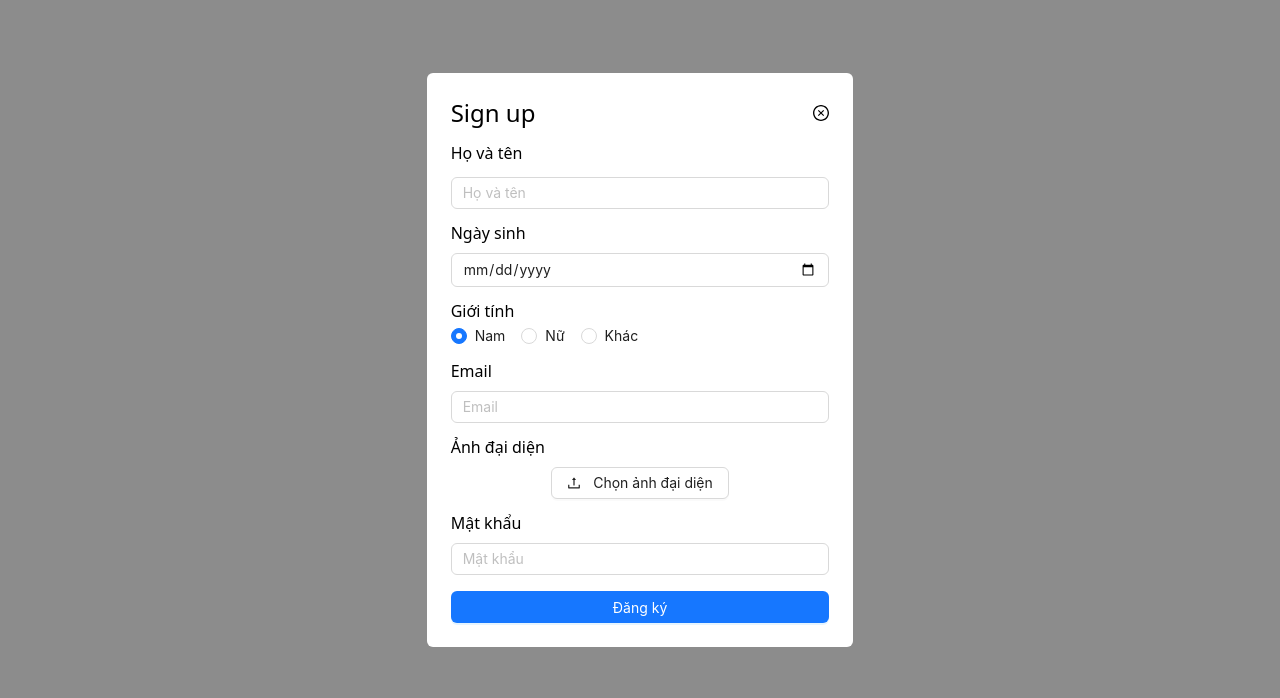
Repository: TinhTT336/MD02_Session14
Page: / (app in client/)
These files come from the project's save history. The page is drawn as it stood at one moment and after the next save; the edit follows.
The browser window is 1280 px wide. The pictures show the whole page.
The project was rebuilt for these pictures with package versions that can differ from the ones it lists, and the page was loaded fresh each time. Also part of the build but not shown: client/vite.config.js, client/src/firebase/configFirebase.js, client/src/components/UploadSingleFile.jsx, client/src/components/register/register.css, client/src/components/register/Register.jsx, client/src/components/register/RegisterWithImg.jsx.

Above is the page before, as saved 2023-09-14 14:33:18.

### client/index.html
<!DOCTYPE html>
<html lang="en">
  <head>
    <meta charset="UTF-8" />
    <link rel="icon" type="image/svg+xml" href="/vite.svg" />
    <meta name="viewport" content="width=device-width, initial-scale=1.0" />
    <title>Vite + React</title>
    <!-- <link
      href="https://cdn.jsdelivr.net/npm/bootstrap@5.0.2/dist/css/bootstrap.min.css"
      rel="stylesheet"
      integrity="sha384-EVSTQN3/azprG1Anm3QDgpJLIm9Nao0Yz1ztcQTwFspd3yD65VohhpuuCOmLASjC"
      crossorigin="anonymous"
    />
    <link
      rel="stylesheet"
      href="https://cdnjs.cloudflare.com/ajax/libs/font-awesome/6.4.2/css/all.min.css"
      integrity="sha512-z3gLpd7yknf1YoNbCzqRKc4qyor8gaKU1qmn+CShxbuBusANI9QpRohGBreCFkKxLhei6S9CQXFEbbKuqLg0DA=="
      crossorigin="anonymous"
      referrerpolicy="no-referrer"
    /> -->
  </head>
  <body>
    <div id="root"></div>
    <script type="module" src="/src/main.jsx"></script>
  </body>
</html>

### client/src/App.jsx

import './App.css'
import UploadSingleFile from './components/UploadSingleFile'
import Register from './components/register/Register'
import RegisterWithImg from './components/register/RegisterWithImg'
import Signup from './components/signup/Signup'

function App() {

  return (
    <>
      {/* <UploadSingleFile /> */}
      {/* <Register /> */}
      {/* <RegisterWithImg /> */}
      <Signup />
    </>
  )
}

export default App

### client/src/App.css
* {
  margin: 0;
  padding: 0;
  box-sizing: border-box;
}
.btn-primary {
  background-color: #1677ff !important;
}
.btn-primary:hover {
  background-color: #4096ff !important;
}

### client/src/components/signup/Signup.jsx
import React, { useState } from 'react';
import { CloseCircleOutlined, UploadOutlined } from "@ant-design/icons";
import { Input, Radio, Button, message, Upload, Space } from 'antd';

export default function Signup() {
    const [gender, setGender] = useState(1);
    const handleCheck = (e) => {
        setGender(e.target.value);
    };
    const props = {
        name: 'file',
        action: 'https://www.mocky.io/v2/5cc8019d300000980a055e76',
        headers: {
            authorization: 'authorization-text',
        },
        onChange(info) {
            if (info.file.status !== 'uploading') {
                console.log(info.file, info.fileList);
            }
            if (info.file.status === 'done') {
                message.success(`${info.file.name} file uploaded successfully`);
            } else if (info.file.status === 'error') {
                message.error(`${info.file.name} file upload failed.`);
            }
        },
    };
    return (
        <>
            <div className='fixed top-0 left-0 right-0 bottom-0 flex items-center justify-center bg-rgba-black'>
                <form className='bg-white p-6 rounded-md w-2/6'>
                    <div className='flex items-center justify-between'>
                        <h3 className='text-2xl'>Sign up</h3>
                        <CloseCircleOutlined className='cursor-pointer hover:bg-slate-300 rounded-full' />
                    </div>
                    <div className='mt-3'>
                        <label htmlFor="name">Họ và tên</label>
                        <Input placeholder="Họ và tên" className='mt-3' name='name' id='name' />
                    </div>
                    <div className='mt-3'>
                        <label htmlFor="dateOfBirth">Ngày sinh</label>
                        <Input placeholder="Ngày sinh" className='mt-2' name='dateOfBirth' id='dateOfBirth' type='date' />
                    </div>
                    <div className='mt-3'>
                        <label htmlFor="dateOfBirth">Giới tính</label>
                        <div>
                            <Radio.Group onChange={handleCheck} value={gender}>
                                <Radio value={1}>Nam</Radio>
                                <Radio value={2}>Nữ</Radio>
                                <Radio value={3}>Khác</Radio>
                            </Radio.Group>
                        </div>
                    </div>
                    <div className='mt-3'>
                        <label htmlFor="email">Email</label>
                        <Input placeholder="Email" className='mt-2' name='email' id='email' type='text' />
                    </div>
                    <div className='mt-3'>
                        <label htmlFor="avatar">Ảnh đại diện</label>
                        <div className='text-center mt-2'>
                            <Upload {...props}>
                                <Button icon={<UploadOutlined />}> Chọn ảnh đại diện</Button>
                            </Upload>
                        </div>
                    </div>
                    <div className='mt-3'>
                        <label htmlFor="password">Mật khẩu</label>
                        <Input placeholder="Mật khẩu" className='mt-2' name='password' id='password' type='password' />
                    </div>
                    <div>
                        <Button type='primary' block className='w-full btn-primary mt-4'>Đăng ký</Button>
                    </div>
                </form>
            </div>

        </>
    )
}

### client/tailwind.config.js
/** @type {import('tailwindcss').Config} */
export default {
  content: ["./index.html", "./src/**/*.{js,ts,jsx,tsx}"],
  theme: {
    extend: {
      backgroundColor: {
        "rgba-black": "rgba(0,0,0,0.45)",
      },
    },
  },
  plugins: [],
};

Loaded but not shown: client/src/main.jsx (common file); client/src/index.css (common file)

After the next save:
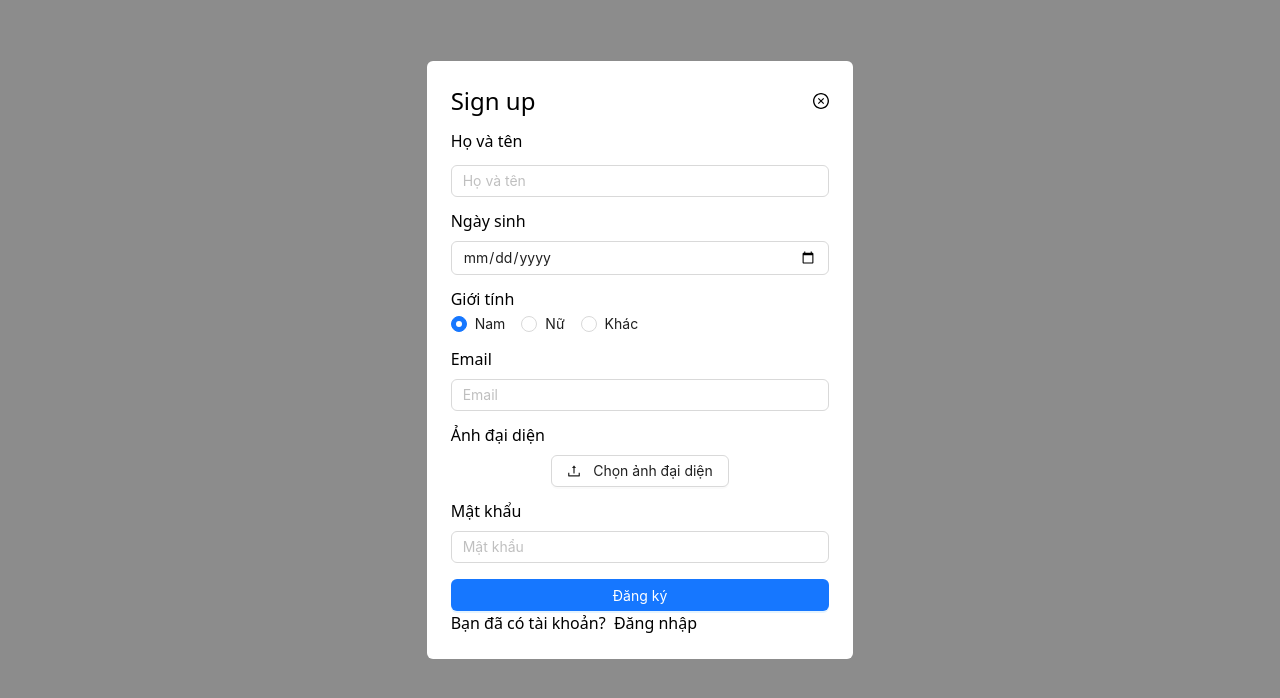
Saved 3 min 11 s later.
--- a/client/src/components/signup/Signup.jsx
+++ b/client/src/components/signup/Signup.jsx
@@ -69,6 +69,9 @@ export default function Signup() {
                     <div>
                         <Button type='primary' block className='w-full btn-primary mt-4'>Đăng ký</Button>
                     </div>
+                    <div>
+                        <span>Bạn đã có tài khoản? <a href="">   Đăng nhập</a></span>
+                    </div>
                 </form>
             </div>
 
